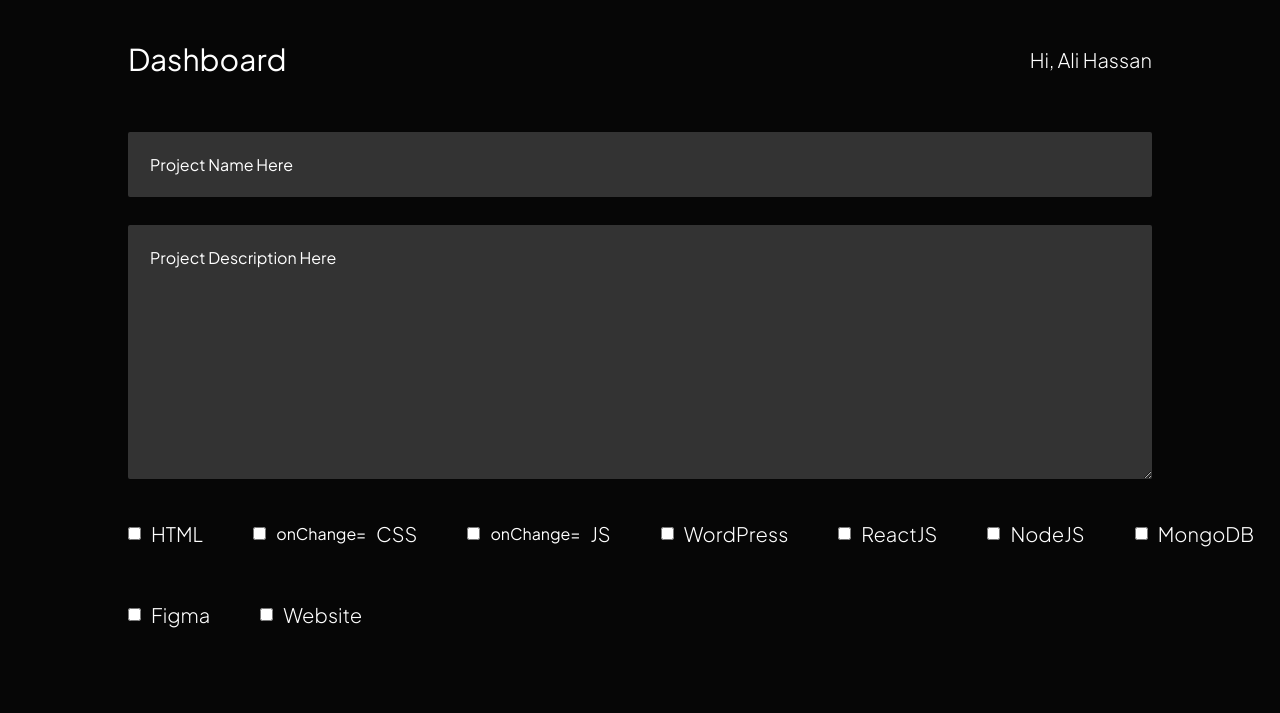
Repository: AliHassan02-Dev/PORTFOLIO
Page: /AdminDashborad (app in Front-end/)
The author's editor kept a copy of each file at every save. The page is drawn from the files as they stood at one save, then again after the next save.
The browser window is 1280 px wide. The pictures show the whole page.
The project was rebuilt for these pictures with package versions that can differ from the ones it lists, and the page was loaded fresh each time. Also part of the build but not shown: Front-end/vite.config.js, Front-end/src/Pages/Home.jsx, Front-end/src/Pages/About.jsx, Front-end/src/Components/Footer.jsx, Front-end/src/Components/Navbar.jsx, Front-end/src/data.js, Front-end/src/Components/ProjectsBox.jsx, Front-end/src/App.jsx and 5 more.

Above is the page before, as saved 2024-08-31 07:22:28.

### Front-end/src/main.jsx
import React from 'react'
import ReactDOM from 'react-dom/client'
import App from './App.jsx'
import './App.css'
import { BrowserRouter, Route, Routes } from 'react-router-dom'
import AllProjects from './Pages/AllProjects.jsx'
import ProjectPreview from './Components/ProjectPreview.jsx'
import Login from './Pages/Login.jsx'
import { Register } from './Pages/Register.jsx'
import AdminDashboard from './Pages/AdminDashboard.jsx'

ReactDOM.createRoot(document.getElementById('root')).render(
  <>
    <BrowserRouter>
      <Routes>
        <Route path='/' element={<App />} />
        <Route path='/Login' element={<Login />} />
        <Route path='/Register' element={<Register />} />
        <Route path='/AdminDashborad' element={<AdminDashboard />} />
        <Route path='/Projects' element={<AllProjects />} />
        <Route path='/projects/projectPreview' element={<ProjectPreview />} />
      </Routes>
    </BrowserRouter>
  </>
)

### Front-end/src/Pages/AdminDashboard.jsx
import React, { useState } from "react";

const AdminDashboard = () => {
  const [projectData, setProjectData] = useState({
    projectName: "",
    projectDesc: "",
    Html: "",
    Css: "",
    Js: "",
    React: "",
    Wordpress: "",
    Node: "",
    MongoDb: "",
    Figma: "",
    Website: "",
  });

  const handleEvent = (e) => {
    const name = e.target.name;
    const value = e.target.value;

    setProjectData({
      ...projectData,
      [name]: value,
    });
  };

  return (
    <div className="dashboardWrapper">
      <div className="dashboardContainer">
        <div className="topBar">
          <div className="left">
            <h2>Dashboard</h2>
          </div>
          <div className="right">
            <h2>Hi, Ali Hassan</h2>
          </div>
        </div>
        <div className="midContainer">
          <input
            type="text"
            name="projectName"
            placeholder="Project Name Here"
            value={projectData.projectName}
            onChange={handleEvent}
          />
          <textarea
            name="projectDesc"
            cols="30"
            rows="10"
            placeholder="Project Description Here"
            value={projectData.projectDesc}
            onChange={handleEvent}
          ></textarea>

          <div className="skillBox">
            <div className="skillBar">
              <input
                type="checkbox"
                name="skillName"
                value={projectData.Html}
                onChange={handleEvent}
              />
              <p>HTML</p>
            </div>
            <div className="skillBar">
              <input type="checkbox" name="skillName" value={projectData.Css} />
              onChange={handleEvent}
              <p>CSS</p>
            </div>
            <div className="skillBar">
              <input type="checkbox" name="skillName" value={projectData.Js} />
              onChange={handleEvent}
              <p>JS</p>
            </div>
            <div className="skillBar">
              <input
                type="checkbox"
                name="skillName"
                value={projectData.Wordpress}
                onChange={handleEvent}
              />
              <p>WordPress</p>
            </div>
            <div className="skillBar">
              <input
                type="checkbox"
                name="skillName"
                value={projectData.React}
                onChange={handleEvent}
              />
              <p>ReactJS</p>
            </div>
            <div className="skillBar">
              <input
                type="checkbox"
                name="skillName"
                value={projectData.Node}
                onChange={handleEvent}
              />
              <p>NodeJS</p>
            </div>
            <div className="skillBar">
              <input
                type="checkbox"
                name="skillName"
                value={projectData.MongoDb}
                onChange={handleEvent}
              />
              <p>MongoDB</p>
            </div>
          </div>

          <div className="linksBox">
            <div className="linksBar">
              <input
                type="checkbox"
                name="projectLinks"
                value={projectData.Figma}
                onChange={handleEvent}
              />
              <p>Figma</p>
            </div>
            <div className="linksBar">
              <input
                type="checkbox"
                name="projectLinks"
                value={projectData.Website}
                onChange={handleEvent}
              />
              <p>Website</p>
            </div>
          </div>
        </div>
      </div>
    </div>
  );
};

export default AdminDashboard;

### Front-end/src/Pages/Skills.jsx
import React from "react";
import { TiHtml5 } from "react-icons/ti";
import { IoLogoCss3 } from "react-icons/io5";
import { SiJavascript } from "react-icons/si";
import { FaFigma } from "react-icons/fa6";
import { IoLogoWordpress } from "react-icons/io5";
import { FaNode } from "react-icons/fa6";
import { IoLogoReact } from "react-icons/io5";
import { SiMongodb } from "react-icons/si";

const skillsData = [
  {
    id: "1",
    skill: "HTML",
    aniClassName: "leftSide",
    logo: <TiHtml5 className="skillLogo" />,
  },
  {
    id: "2",
    skill: "CSS",
    aniClassName: "rightSide",
    logo: <IoLogoCss3 className="skillLogo" />,
  },
  {
    id: "3",
    skill: "JavaScript",
    aniClassName: "leftSide",
    logo: <SiJavascript className="skillLogo" />,
  },
  {
    id: "4",
    skill: "Figma",
    aniClassName: "rightSide",
    logo: <FaFigma className="skillLogo" />,
  },
  {
    id: "5",
    skill: "WordPess",
    aniClassName: "leftSide",
    logo: <IoLogoWordpress className="skillLogo" />,
  },
  {
    id: "6",
    skill: "ReactJs | ViteJs",
    aniClassName: "rightSide",
    logo: <FaNode className="skillLogo" />,
  },
  {
    id: "7",
    skill: "NodeJs",
    aniClassName: "leftSide",
    logo: <IoLogoReact className="skillLogo" />,
  },
  {
    id: "8",
    skill: "MongoDB",
    aniClassName: "rightSide",
    logo: <SiMongodb className="skillLogo" />,
  },
];

const Skills = () => {
  return (
    <div className="skillsContainer containers">
      <div className="top">
        <div className="left">
          <h2>MY SKILLS</h2>
        </div>
        <div className="right">
          <p>
            Building dynamic, user-focused web solutions with precision,
            creativity, and technical excellence.
          </p>
        </div>
      </div>
      <div className="bottom">
        {skillsData.map((elem, idx) => {
          return (
            <div className={`skillBar ${elem.aniClassName}`}>
              <div className="line"></div>
              <div className="left">
                <p>{elem.id}</p>
                <h2>{elem.skill}</h2>
              </div>
              <div className="right">{elem.logo}</div>
            </div>
          );
        })}
      </div>
    </div>
  );
};

export default Skills;

Loaded but not shown: Front-end/index.html (common file); Front-end/src/App.css (1537 lines, source omitted)

After the next save:
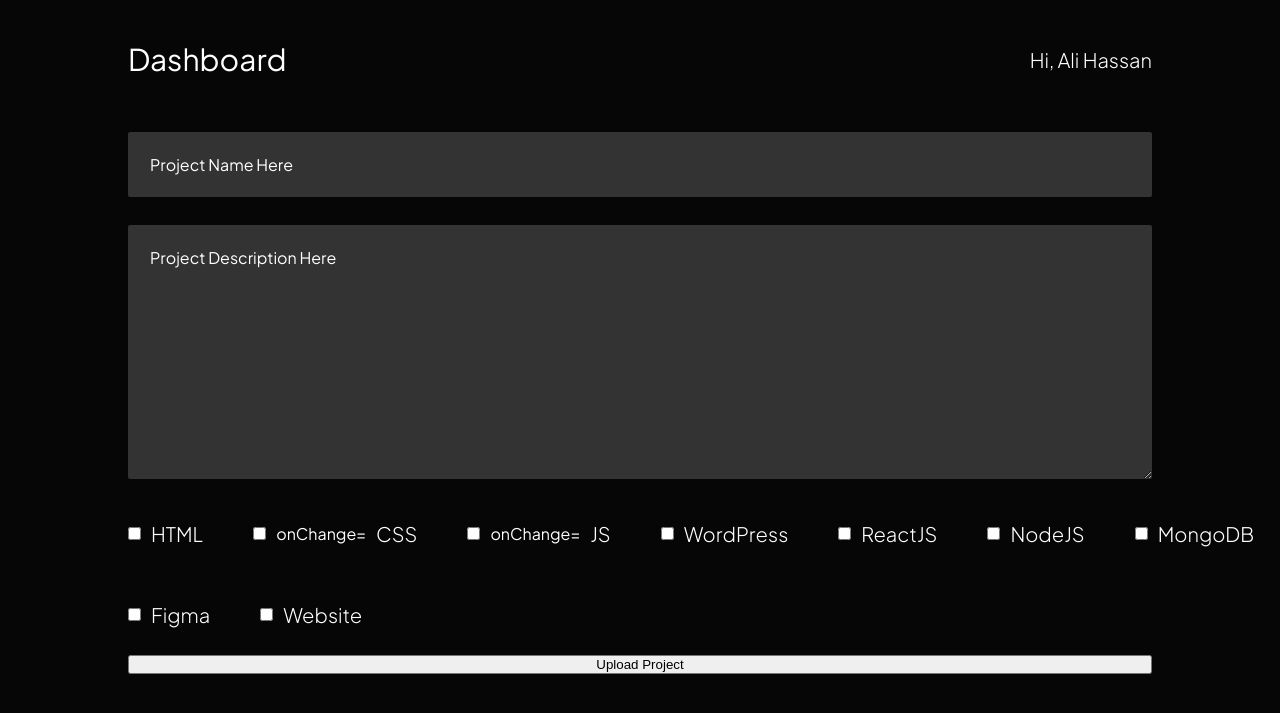
Saved 2 min 2 s later.
--- a/Front-end/src/Pages/AdminDashboard.jsx
+++ b/Front-end/src/Pages/AdminDashboard.jsx
@@ -23,6 +23,12 @@ const AdminDashboard = () => {
       ...projectData,
       [name]: value,
     });
+  };
+
+  const handleSubmit = (e) => {
+    e.preventDefault();
+
+    console.log(projectData);
   };
 
   return (
@@ -131,6 +137,8 @@ const AdminDashboard = () => {
               <p>Website</p>
             </div>
           </div>
+
+          <button onClick={handleSubmit}>Upload Project</button>
         </div>
       </div>
     </div>
